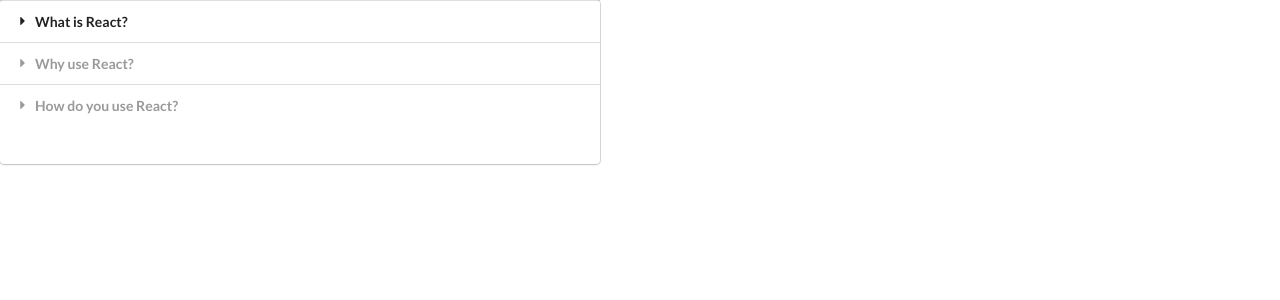
Repository: EgorSherstnev/widgets
Page: /
These files come from the project's save history. The page is drawn as it stood at one moment and after the next save; the edit follows.
The browser window is 1280 px wide. The pictures show the whole page.
Some web libraries are served in a nearby version. The project was rebuilt for these pictures with package versions that can differ from the ones it lists, and the page was loaded fresh each time.

Above is the page before, as saved 2022-10-26 00:29:05.

### public/index.html
<!DOCTYPE html>
<html lang="en">
  <head>
    <meta charset="utf-8" />
    <link rel="icon" href="%PUBLIC_URL%/favicon.ico" />
    <meta name="viewport" content="width=device-width, initial-scale=1" />
    <meta name="theme-color" content="#000000" />
    <meta
      name="description"
      content="Web site created using create-react-app"
    />
    <link rel="apple-touch-icon" href="%PUBLIC_URL%/logo192.png" />
    <link rel="stylesheet" href="https://cdnjs.cloudflare.com/ajax/libs/semantic-ui/2.5.0/semantic.min.css" />
    <!--
      manifest.json provides metadata used when your web app is installed on a
      user's mobile device or desktop. See https://developers.google.com/web/fundamentals/web-app-manifest/
    -->
    <link rel="manifest" href="%PUBLIC_URL%/manifest.json" />
    <!--
      Notice the use of %PUBLIC_URL% in the tags above.
      It will be replaced with the URL of the `public` folder during the build.
      Only files inside the `public` folder can be referenced from the HTML.

      Unlike "/favicon.ico" or "favicon.ico", "%PUBLIC_URL%/favicon.ico" will
      work correctly both with client-side routing and a non-root public URL.
      Learn how to configure a non-root public URL by running `npm run build`.
    -->
    <title>React App</title>
  </head>
  <body>
    <noscript>You need to enable JavaScript to run this app.</noscript>
    <div id="root"></div>
    <!--
      This HTML file is a template.
      If you open it directly in the browser, you will see an empty page.

      You can add webfonts, meta tags, or analytics to this file.
      The build step will place the bundled scripts into the <body> tag.

      To begin the development, run `npm start` or `yarn start`.
      To create a production bundle, use `npm run build` or `yarn build`.
    -->
  </body>
</html>

### src/index.js
import React from "react";
import ReactDOM from "react-dom";
import App from "./App";


ReactDOM.render(<App />, document.querySelector('#root'))

### src/App.js
import React from "react";
import Accordion from "./components/Accordion";

const items = [
    {
        title: 'What is React?',
        content: 'React is a front end javascript framework'
    },
    {
        title: 'Why use React?',
        content: 'React is a favorite library among engineers'
    },
    {
        title: 'How do you use React?',
        content: 'You use React by creating components'
    }
];

export default () => {
    return (
        <div>
            <Accordion items={ items }/>
        </div>
    );
};

### src/components/Accordion.js
import React, { useState } from "react";

const Accordion = ({ items }) => {
    const[activeIndex, setActiveIndex] = useState(null);

    const onTitleClick = (index) => {
        setActiveIndex(index);
    };

    const renderedItems = items.map((item, index) => {
        const active = index === activeIndex ? 'active' : '' ;

        return (
            <div key={item.title}>
                <div
                    className="title "
                    onClick={() => onTitleClick(index)}
                >
                    <i className="dropdown icon"></i>
                    {item.title}
                </div>
                <div className="content ">
                    <p>{item.content}</p>
                </div>
            </div>
        )
    });

    return <div className="ui styled accordion">
        {renderedItems}
        <h1>{activeIndex}</h1>
    </div>
};

export default Accordion;

After the next save:
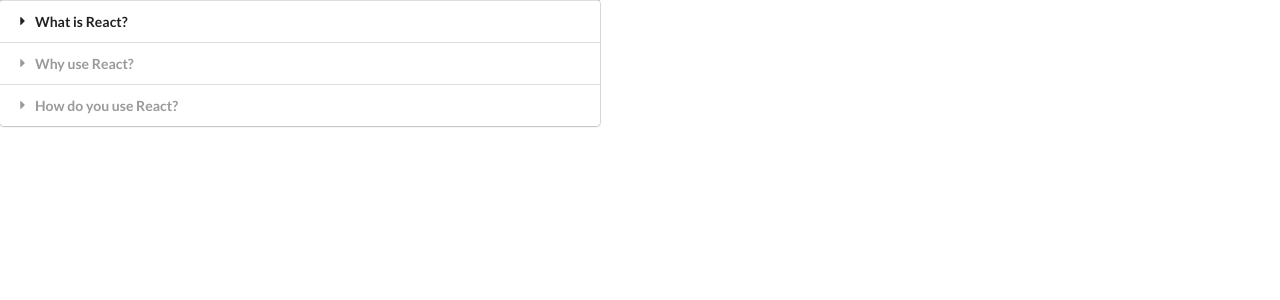
Saved 3 min 47 s later.
--- a/src/components/Accordion.js
+++ b/src/components/Accordion.js
@@ -13,13 +13,13 @@
         return (
             <div key={item.title}>
                 <div
-                    className="title "
+                    className={`title ${active}`}
                     onClick={() => onTitleClick(index)}
                 >
                     <i className="dropdown icon"></i>
                     {item.title}
                 </div>
-                <div className="content ">
+                <div className={`content ${active}`} >
                     <p>{item.content}</p>
                 </div>
             </div>
@@ -28,7 +28,6 @@
 
     return <div className="ui styled accordion">
         {renderedItems}
-        <h1>{activeIndex}</h1>
     </div>
 };
 
